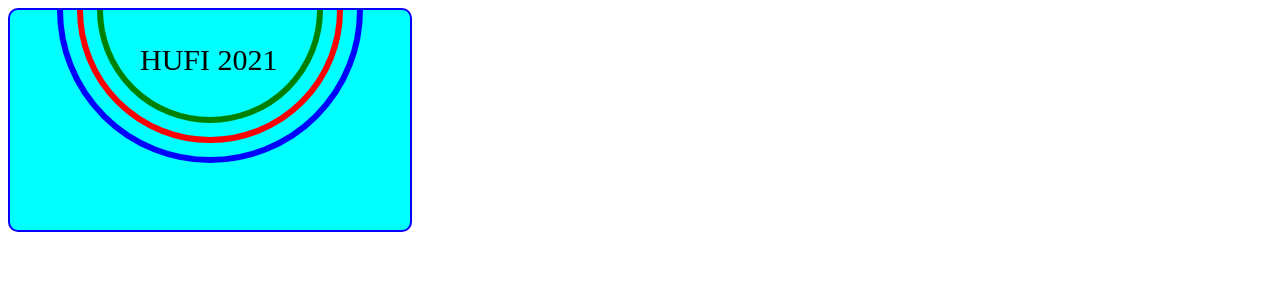
Repository: Tan-Khang21/TH_TKW--Buoi_05
Page: Bai_Tap_Ve_Nha/Bai_02/Canvas11.html
These files come from the project's save history. The page is drawn as it stood at one moment and after the next save; the edit follows.
The browser window is 1280 px wide. The pictures show the whole page.

Above is the page before, as saved 2024-03-10 22:25:23.

After the next save:
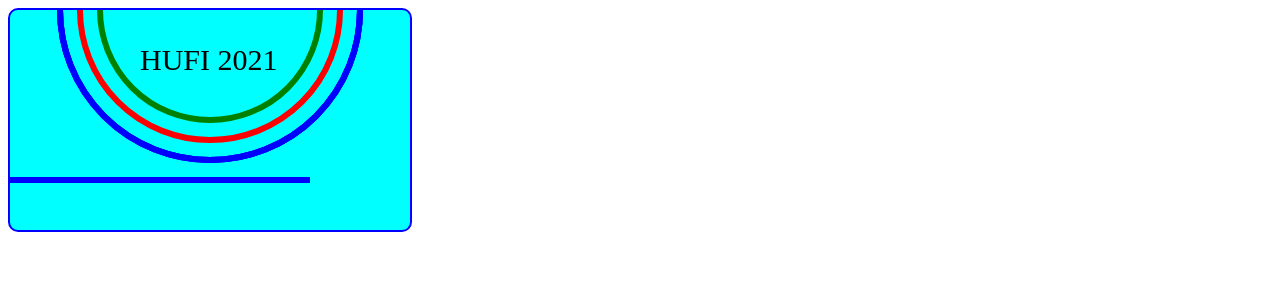
Saved 77 s later.
--- a/Bai_Tap_Ve_Nha/Bai_02/Canvas11.html
+++ b/Bai_Tap_Ve_Nha/Bai_02/Canvas11.html
@@ -38,6 +38,11 @@
       ctx.strokeStyle = "blue";
       ctx.lineWidth = 6;
       ctx.stroke();
+      ctx.stroke();
+      ctx.moveTo(0, 170);
+      ctx.lineTo(300, 170);
+      ctx.lineWidth = 6;
+      ctx.stroke();
     </script>
   </body>
 </html>
